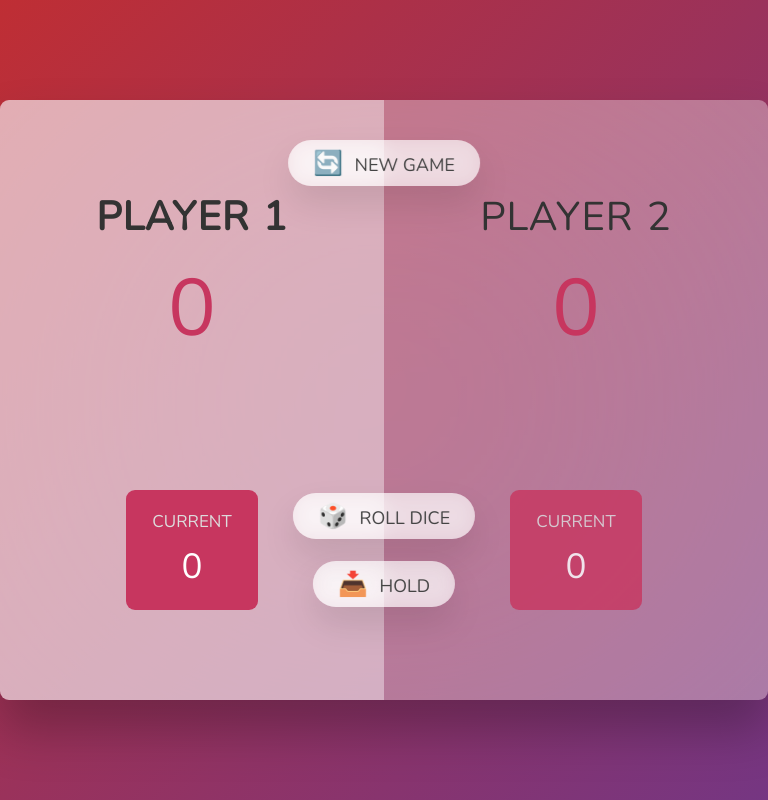
Repository: AbanoubSamyTawfek2002/pig-game
Page: index.html
The author's editor kept a copy of each file at every save. The page is drawn from the files as they stood at one save, then again after the next save.
The browser window is 768 px wide. The pictures show the whole page.

Above is the page before, as saved 2025-10-02 00:46:41.

After the next save:
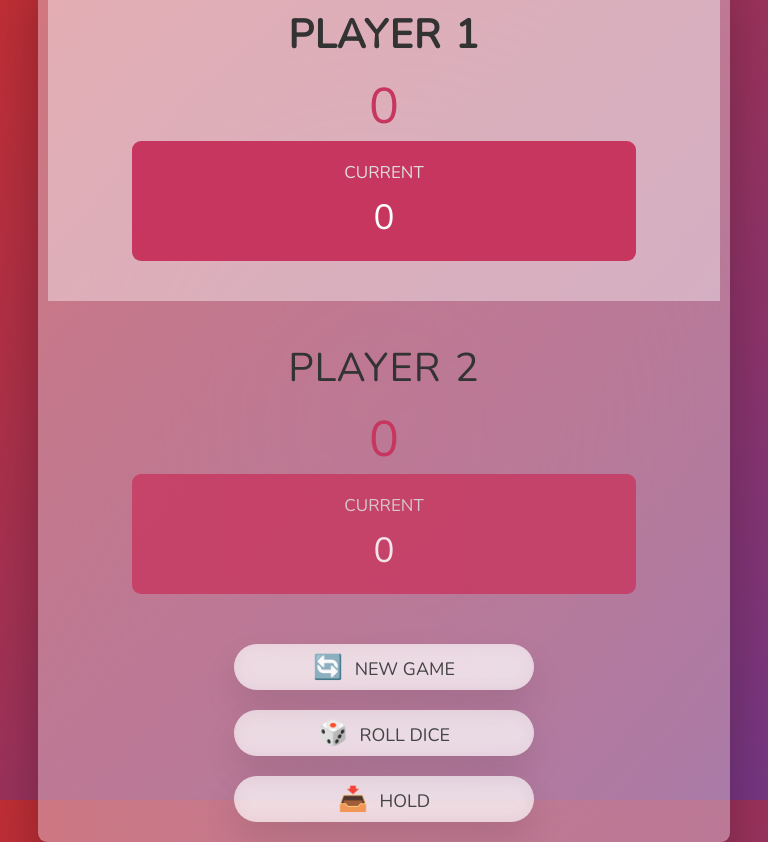
Saved 79 s later.
--- a/style.css
+++ b/style.css
@@ -25,20 +25,22 @@ body {
 .hidden {
   display: none;
 }
-/* LAYOUT */
+
+/* 🎲 LAYOUT */
 main {
   position: relative;
   width: 100rem;
+  max-width: 90%;
   height: 60rem;
   background-color: rgba(255, 255, 255, 0.35);
   backdrop-filter: blur(200px);
-  filter: blur();
   box-shadow: 0 3rem 5rem rgba(0, 0, 0, 0.25);
   border-radius: 9px;
   overflow: hidden;
   display: flex;
 }
 
+/* 🧑‍🤝‍🧑 PLAYER */
 .player {
   flex: 50%;
   padding: 9rem;
@@ -48,7 +50,6 @@ main {
   transition: all 0.75s;
 }
 
-/* ELEMENTS */
 .name {
   position: relative;
   font-size: 4rem;
@@ -75,11 +76,11 @@ main {
 .player--active .score {
   font-weight: 400;
 }
-
 .player--active .current {
   opacity: 1;
 }
 
+/* CURRENT BOX */
 .current {
   background-color: #c7365f;
   opacity: 0.8;
@@ -102,7 +103,7 @@ main {
   font-size: 3.5rem;
 }
 
-/* ABSOLUTE POSITIONED ELEMENTS */
+/* BUTTONS */
 .btn {
   position: absolute;
   left: 50%;
@@ -117,7 +118,6 @@ main {
   font-weight: 400;
   transition: all 0.2s;
 
-  background-color: white;
   background-color: rgba(255, 255, 255, 0.6);
   backdrop-filter: blur(10px);
 
@@ -151,6 +151,7 @@ main {
   outline: none;
 }
 
+/* 🎲 DICE */
 .dice {
   position: absolute;
   left: 50%;
@@ -160,11 +161,59 @@ main {
   box-shadow: 0 2rem 5rem rgba(0, 0, 0, 0.2);
 }
 
+/* WINNER */
 .player--winner {
   background-color: #2f2f2f;
 }
-
 .player--winner .name {
   font-weight: 700;
   color: #c7365f;
 }
+
+/* 📱 RESPONSIVE FOR MOBILE */
+@media (max-width: 768px) {
+  main {
+    flex-direction: column;
+    width: 95%;
+    height: auto;
+    padding: 1rem;
+  }
+
+  .player {
+    width: 100%;
+    padding: 4rem 2rem;
+  }
+
+  .score {
+    font-size: 5rem;
+  }
+
+  .current {
+    width: 80%;
+  }
+
+  .dice {
+    position: relative;
+    top: auto;
+    left: auto;
+    transform: none;
+    margin: 2rem auto;
+    height: 8rem;
+  }
+
+  .btn {
+    position: relative;
+    left: auto;
+    transform: none;
+    width: 80%;
+    max-width: 300px;
+    margin: 1rem auto;
+    display: block;
+  }
+
+  .btn--new,
+  .btn--roll,
+  .btn--hold {
+    top: auto;
+  }
+}
